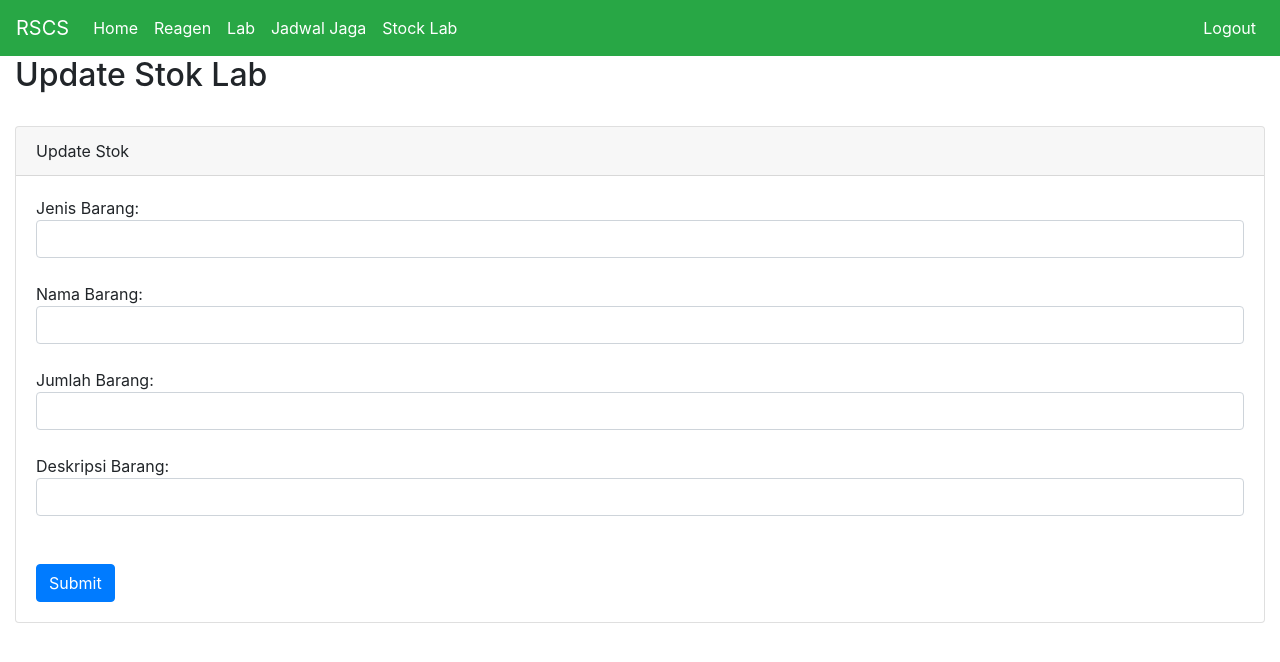
Repository: usamah1707/Tugas-Akhir-Kelompok-6
Page: http://localhost/update-stok
These files come from the project's save history. The page is drawn as it stood at one moment and after the next save; the edit follows.
The browser window is 1280 px wide. The pictures show the whole page.
The page is this project's Thymeleaf template; nobody is signed in. The template is opened directly, without the code that normally fills it, so the values that code supplies are empty.

Above is the page before, as saved 2019-06-04 06:19:19.

After the next save:
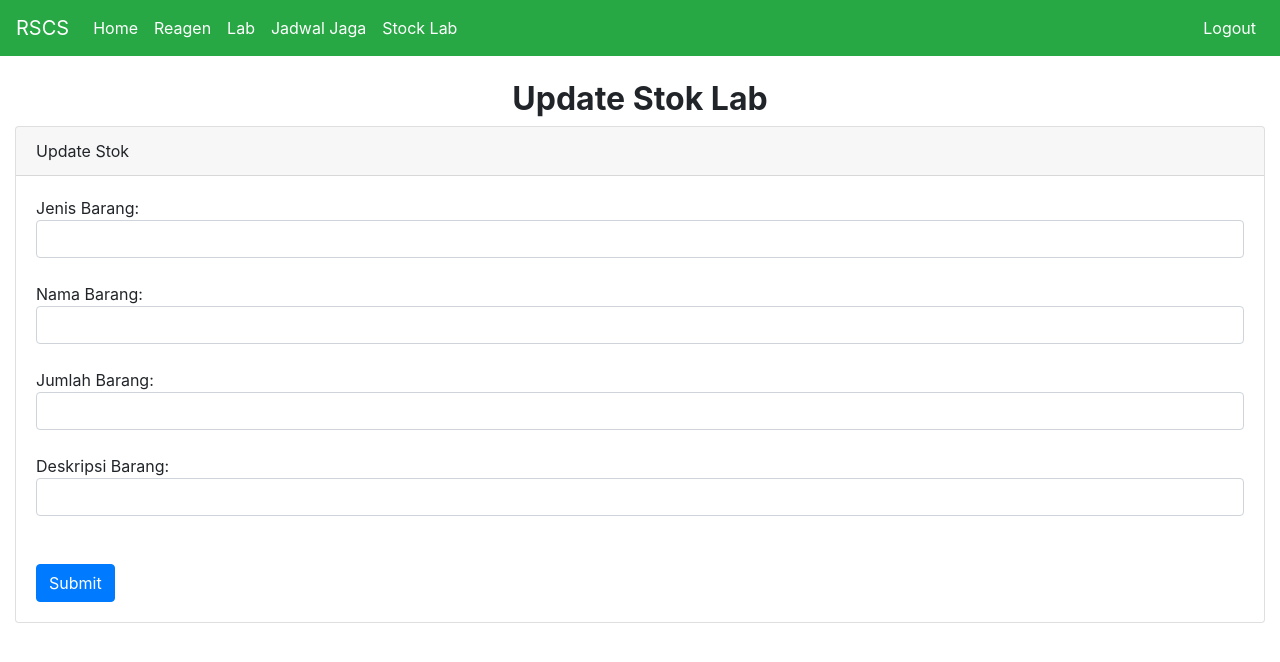
Saved 69 s later.
--- a/TA_6/src/main/resources/templates/update-stok.html
+++ b/TA_6/src/main/resources/templates/update-stok.html
@@ -12,11 +12,14 @@
 	<nav th:replace="fragments/fragment :: navbar"></nav>
 
 	<div class="container-fluid">
-		<h2>Update Stok Lab</h2>
-		<div class="row">
+
+	<div class="row">
 			<span class="col-md-3"></span>
 			<div class="col-md-12">
 			<br>
+
+		<h2 align = "center"><strong>Update Stok Lab</strong></h2>
+
 				<div class="card">
 					<div class="card-header">Update Stok</div>
 					<div class="card-body">
